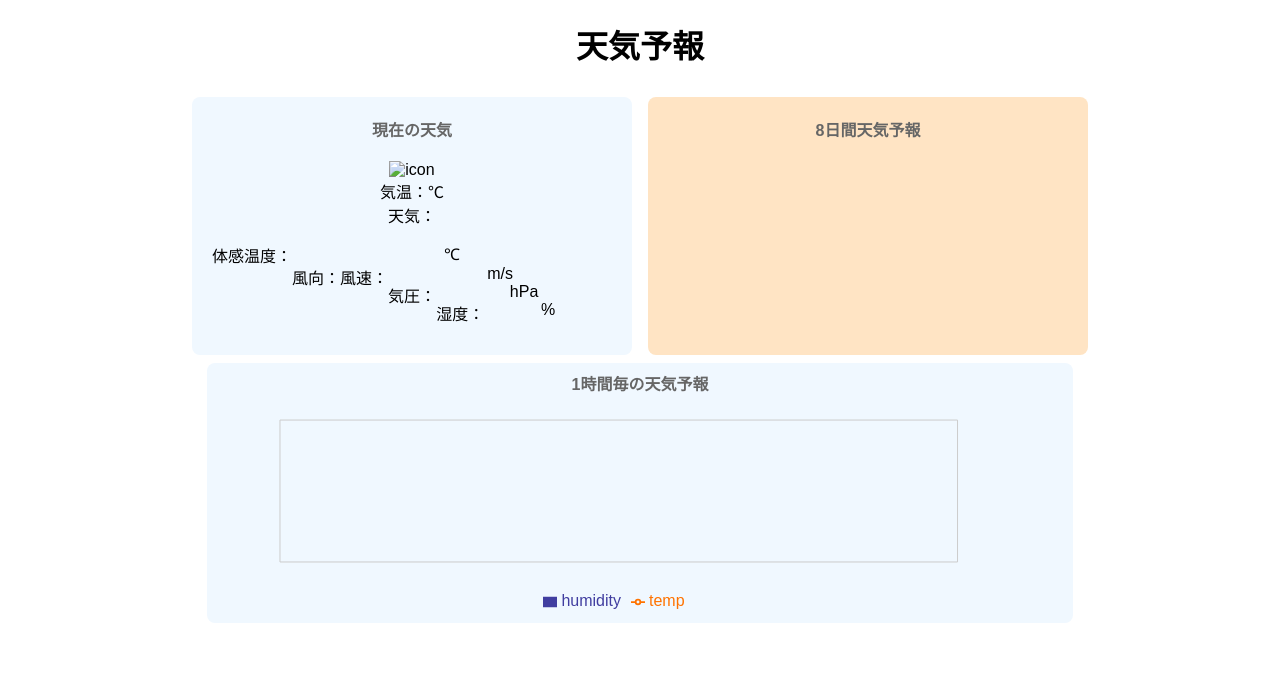
Repository: IshigureTomoki/weather-app
Page: /
These files come from the project's save history. The page is drawn as it stood at one moment and after the next save; the edit follows.
The browser window is 1280 px wide. The pictures show the whole page.
The page's requests for data from a server got no answer. The project was rebuilt for these pictures with package versions that can differ from the ones it lists, and the page was loaded fresh each time. No one was signed in, and anything a server would have sent is missing.

Above is the page before, as saved 2022-02-25 14:54:50.

After the next save:
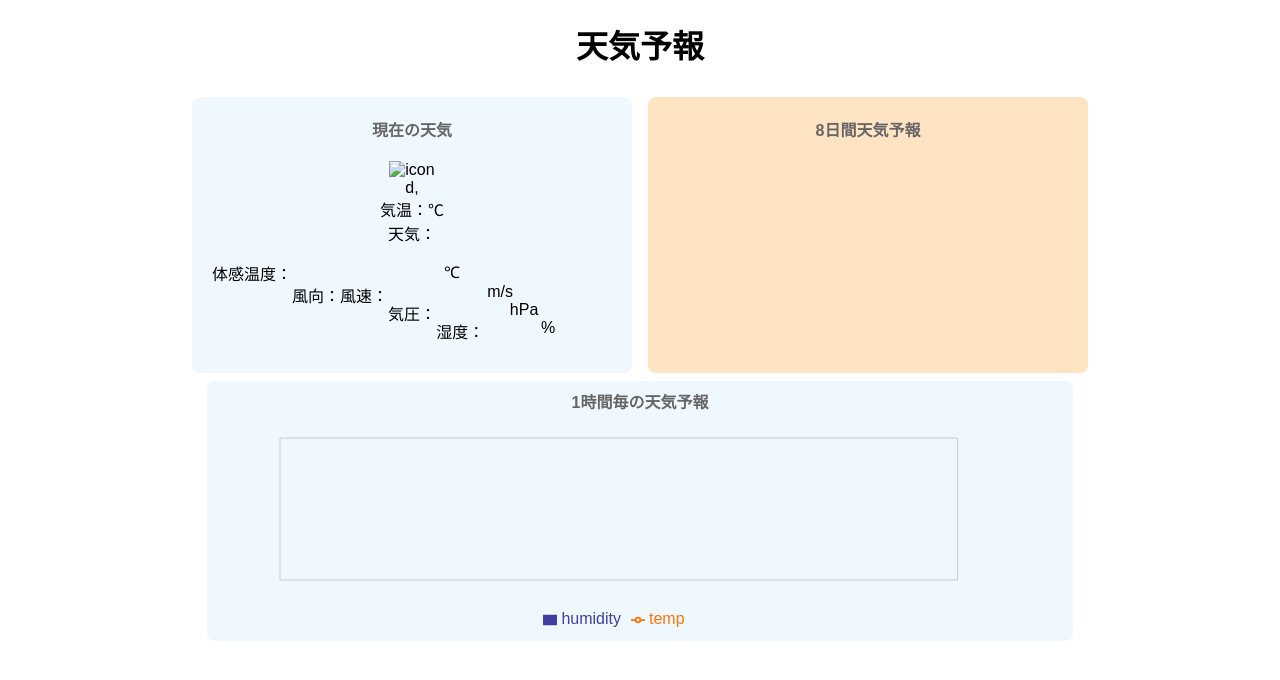
Saved 29 s later.
--- a/src/App.tsx
+++ b/src/App.tsx
@@ -159,6 +159,8 @@ function App() {
               <img src={weatherReport?.weatherIcon} alt="icon"
                       width={120}/>
             </div>
+            d,
+
             <div>気温：{weatherReport?.temp}℃</div>
             <div>天気：{weatherReport?.weatherDescription}</div>
             <dl>
